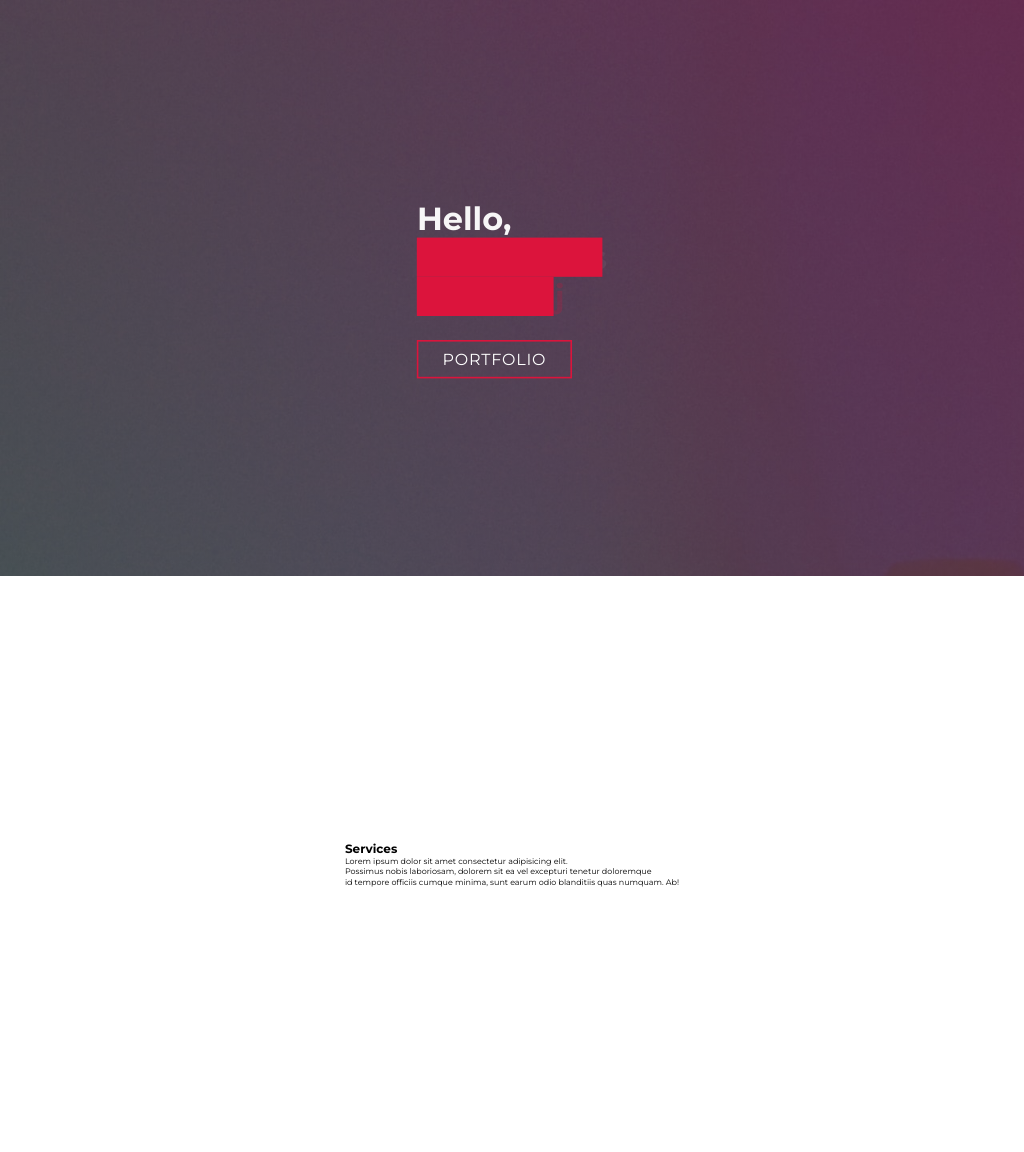
Repository: MintuKrishnan/subrahmanyam-batch
Page: front-end/deshraj/index.html
These files come from the project's save history. The page is drawn as it stood at one moment and after a run of saves; the edit follows.
The browser window is 1280 px wide. The pictures show the whole page, at 80% of full size.

Above is the page before, as saved 2021-03-08 09:46:51.

After the next 2 saves:
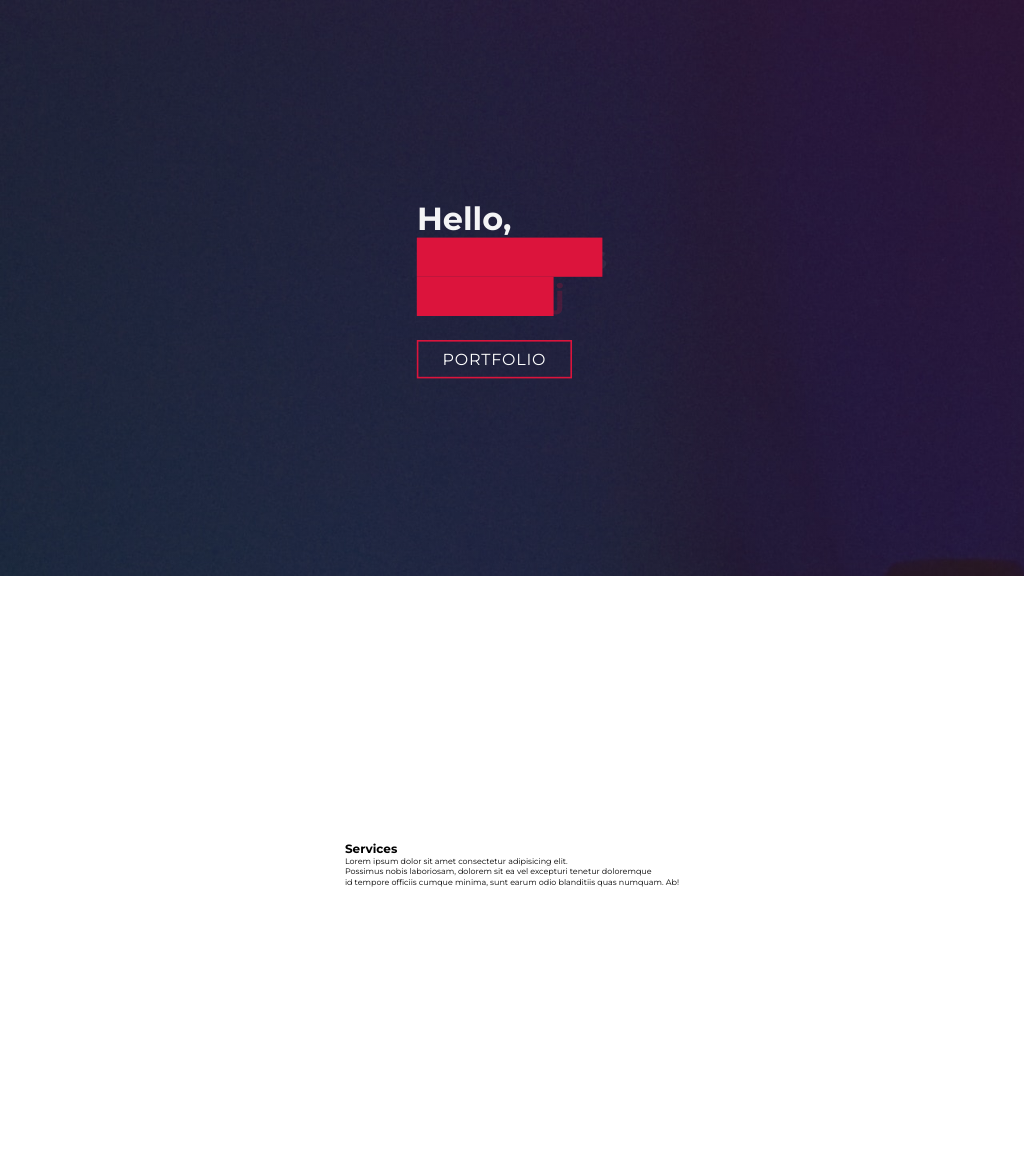
The 2 saves are shown as one change because they came seconds apart.
The last was saved 10 s later.
--- a/front-end/deshraj/style.css
+++ b/front-end/deshraj/style.css
@@ -25,8 +25,8 @@ a {
   /* background-image: url(./siteimg.jpg); */
   background-image: linear-gradient(
       45deg,
-      rgba(145, 146, 122, 0.472),
-      rgba(217, 91, 133, 0.445)
+      rgba(145, 146, 122, 0.158),
+      rgba(217, 91, 133, 0.178)
     ),
     url('./siteimg.jpg');
   /* background-image: url('./siteimg.jpg');
